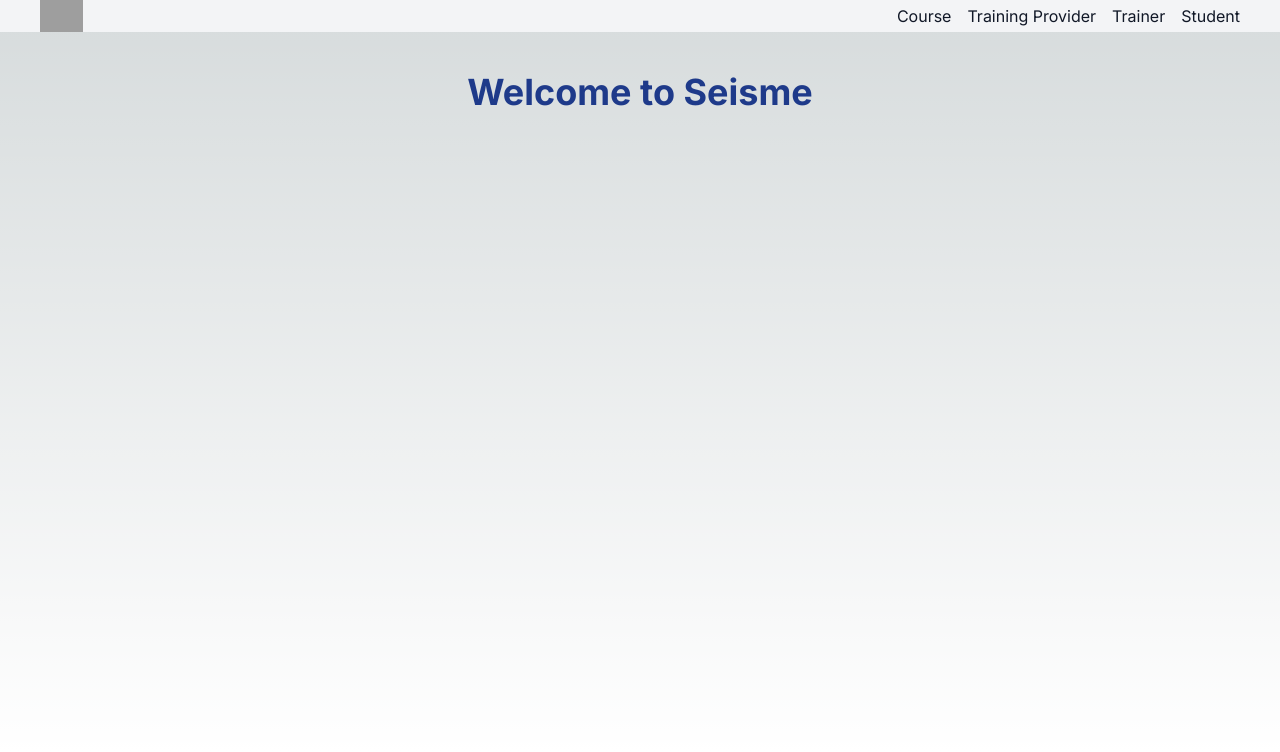
Repository: marcusdashe/seismicconsults-frontend
Page: /
An editor plug-in stored every save of this project. The page is shown before and after the next save, followed by the edit.
The browser window is 1280 px wide. The pictures show the whole page.
Pictures or frames that could not be fetched are drawn as grey boxes. The project was rebuilt for these pictures with package versions that can differ from the ones it lists, and the page was loaded fresh each time. The framework's server and built-in components were replaced by stand-ins that run in the browser. Also part of the build but not shown: next.config.js.

Above is the page before, as saved 2023-08-01 19:01:32.

After the next save:
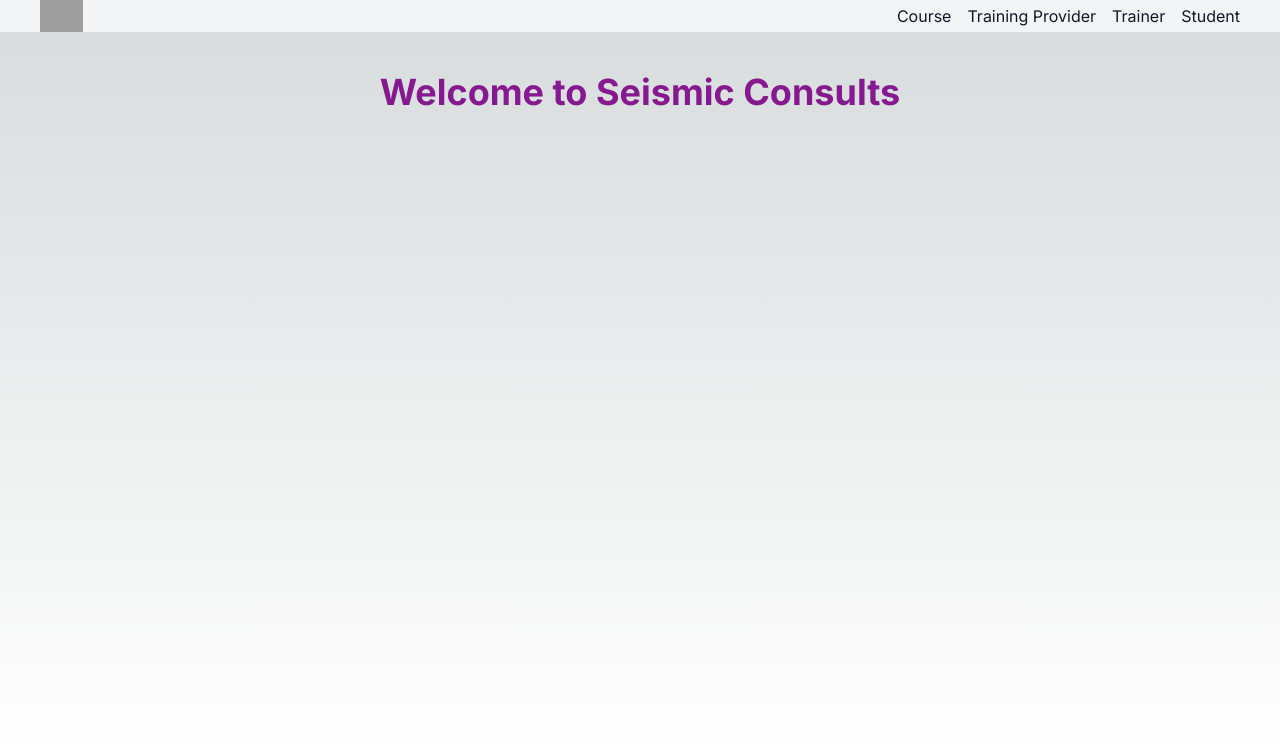
Saved 5 min 17 s later.
--- a/app/page.tsx
+++ b/app/page.tsx
@@ -11,8 +11,8 @@
       </Head>
 
       <main className="container mx-auto py-10 px-4 flex flex-col items-center justify-start">
-        <h1 className="text-4xl font-bold mb-8 px-0 text-blue-900">
-          Welcome to Seisme
+        <h1 className="text-4xl font-bold mb-8 px-0 text-fuchsia-800">
+          Welcome to Seismic Consults
         </h1>
       </main>
     </div>
